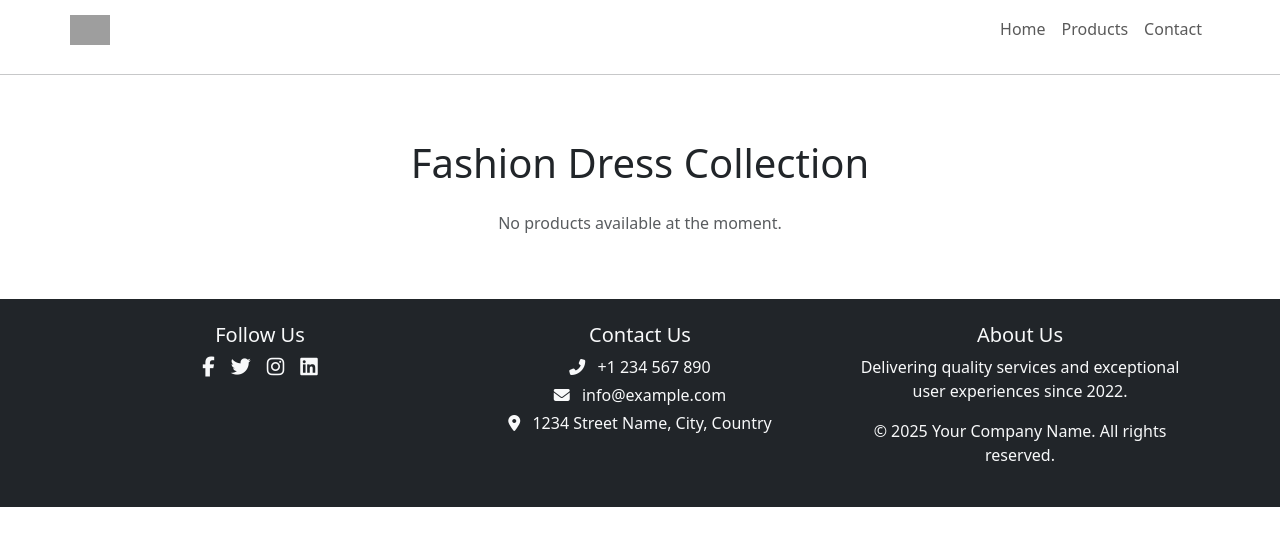
Repository: SHANANP-0931/product-cart
Page: /products
These files come from the project's save history. The page is drawn as it stood at one moment and after the next save; the edit follows.
The browser window is 1280 px wide. The pictures show the whole page.
Pictures or frames that could not be fetched are drawn as grey boxes. The page's requests for data from a server got no answer. The project was rebuilt for these pictures with package versions that can differ from the ones it lists, and the page was loaded fresh each time. No one was signed in, and anything a server would have sent is missing. Also part of the build but not shown: vite.config.js, src/index.css, src/components/Hero.jsx, src/components/Testimonial.jsx, src/components/Home.jsx.

Above is the page before, as saved 2025-01-21 19:44:52.

### index.html
<!doctype html>
<html lang="en">
  <head>
    <meta charset="UTF-8" />
    <link rel="icon" type="image/svg+xml" href="/vite.svg" />
    <meta name="viewport" content="width=device-width, initial-scale=1.0" />
    <title>Product Cart</title>
    <!-- bootstrap -->
    <link href="https://cdn.jsdelivr.net/npm/bootstrap@5.3.3/dist/css/bootstrap.min.css" rel="stylesheet" integrity="sha384-QWTKZyjpPEjISv5WaRU9OFeRpok6YctnYmDr5pNlyT2bRjXh0JMhjY6hW+ALEwIH" crossorigin="anonymous">
    <!-- /font awsome -->
    <link rel="stylesheet" href="https://cdnjs.cloudflare.com/ajax/libs/font-awesome/6.7.2/css/all.min.css" integrity="sha512-Evv84Mr4kqVGRNSgIGL/F/aIDqQb7xQ2vcrdIwxfjThSH8CSR7PBEakCr51Ck+w+/U6swU2Im1vVX0SVk9ABhg==" crossorigin="anonymous" referrerpolicy="no-referrer" />
  </head>

  <body>
    <div id="root"></div>
    <script type="module" src="/src/main.jsx"></script>
  </body>
</html>

### src/App.jsx


import { BrowserRouter as Router, Routes, Route } from 'react-router-dom';
import Home from './components/Home';
import Products from './components/Products';
import Footer from './components/Footer';
import Header from './components/Header';
import './App.css'
function App() {
  return (

    <Router>
      <Header />
      <Routes>
        <Route path="/" element={<Home />} />
        <Route path="/products" element={<Products />} />
      </Routes>
      <Footer />
    </Router>
  );

}

export default App

### src/components/Products.jsx
import React, { useEffect, useState } from 'react';
import axios from 'axios';
import 'bootstrap/dist/css/bootstrap.min.css';

const ProductDetails = () => {
    const [products, setProducts] = useState([]);

    // Fetch products from Dummy JSON
    useEffect(() => {
        axios
            .get('https://dummyjson.com/products')
            .then((response) => {
                const allProducts = response.data.products.slice(0, 9); // Get the first 9 products
                const repeatedProducts = [...allProducts, ...allProducts]; // Repeat the first 9 products twice
                setProducts(repeatedProducts);
            })
            .catch((error) => console.error('Error fetching products:', error));
    }, []);

    return (
        <div className="container py-5">
            <h1 className="text-center mb-4">Fashion Dress Collection</h1>

            {/* Product List */}
            <div className="row">
                {products.length > 0 ? (
                    products.map((product, index) => (
                        <div className="col-md-4 mb-4" key={index}>
                            <div className="card h-100 shadow-sm">
                                <img
                                    src={product.thumbnail}
                                    alt={product.title}
                                    className="card-img-top"
                                    style={{ height: '250px', objectFit: 'cover' }}
                                />
                                <div className="card-body">
                                    <h5 className="card-title">{product.title}</h5>
                                    <p className="card-text text-muted">{product.description}</p>
                                    <ul className="list-unstyled">
                                        <li>
                                            <i className="bi bi-check-circle-fill text-success me-2"></i>
                                            Rating: {product.rating}
                                        </li>
                                        <li>
                                            <i className="bi bi-check-circle-fill text-success me-2"></i>
                                            Stock: {product.stock}
                                        </li>
                                    </ul>
                                    <div className="d-flex justify-content-between align-items-center">
                                        <span className="fw-bold text-danger">${product.price}</span>
                                        <button className="btn btn-primary btn-sm">Buy Now</button>
                                    </div>
                                </div>
                            </div>
                        </div>
                    ))
                ) : (
                    <div className="text-center">
                        <p className="text-muted">No products available at the moment.</p>
                    </div>
                )}
            </div>
        </div>
    );
};

export default ProductDetails;

### src/components/Footer.jsx
import React from 'react';
import 'bootstrap/dist/css/bootstrap.min.css';

const Footer = () => {
    return (
        <footer className="bg-dark text-light py-4">
            <div className="container">
                <div className="row">
                    {/* Social Media Section */}
                    <div className="col-md-4 text-center mb-3">
                        <h5>Follow Us</h5>
                        <div className="d-flex justify-content-center">
                            <a
                                href=""
                                className="text-light me-3"
                                aria-label="Facebook"
                            >
                                <i className="fab fa-facebook-f fa-lg"></i>
                            </a>
                            <a
                                href=""
                                className="text-light me-3"
                                aria-label="Twitter"
                            >
                                <i className="fab fa-twitter fa-lg"></i>
                            </a>
                            <a
                                href=""
                                className="text-light me-3"
                                aria-label="Instagram"
                            >
                                <i className="fab fa-instagram fa-lg"></i>
                            </a>
                            <a
                                href=""
                                className="text-light"
                                aria-label="LinkedIn"
                            >
                                <i className="fab fa-linkedin fa-lg"></i>
                            </a>
                        </div>
                    </div>

                    {/* Contact Information */}
                    <div className="col-md-4 text-center mb-3">
                        <h5>Contact Us</h5>
                        <p className="mb-1">
                            <i className="fas fa-phone-alt me-2"></i> +1 234 567 890
                        </p>
                        <p className="mb-1">
                            <i className="fas fa-envelope me-2"></i> info@example.com
                        </p>
                        <p>
                            <i className="fas fa-map-marker-alt me-2"></i> 1234 Street Name, City,
                            Country
                        </p>
                    </div>

                    {/* Copyright Notice */}
                    <div className="col-md-4 text-center">
                        <h5>About Us</h5>
                        <p>
                            Delivering quality services and exceptional user experiences since
                            2022.
                        </p>
                        <p className="mt-3">
                            © {new Date().getFullYear()} Your Company Name. All rights reserved.
                        </p>
                    </div>
                </div>
            </div>
        </footer>
    );
};

export default Footer;

### src/components/Header.jsx
import React from "react";
import "bootstrap/dist/css/bootstrap.min.css";

const Header = () => {
    return (
        <div>

            <header className="">
                <nav className="navbar navbar-expand-lg navbar-light container">
                    <a href="#" className="navbar-brand text-primary fw-bold">
                        <img width={"40px"} src="https://webstockreview.net/images/fashion-clipart-fashion-photography-5.png" alt="" />
                    </a>
                    <button
                        className="navbar-toggler"
                        type="button"
                        data-bs-toggle="collapse"
                        data-bs-target="#navbarNav"
                        aria-controls="navbarNav"
                        aria-expanded="false"
                        aria-label="Toggle navigation"
                    >
                        <span className="navbar-toggler-icon"></span>
                    </button>
                    <div className="collapse navbar-collapse" id="navbarNav">
                        <ul className="navbar-nav ms-auto">
                            <li className="nav-item">
                                <a className="nav-link" href="/">Home</a>
                            </li>
                            <li className="nav-item">
                                <a className="nav-link" href="/products">Products</a>
                            </li>
                            <li className="nav-item">
                                <a className="nav-link" href="">Contact</a>
                            </li>
                        </ul>

                    </div>
                </nav>
                <hr />
            </header>
        </div>
    );
}
export default Header;

### src/App.css
html, body {
    overflow-x: hidden;
    margin: 0;  /* Remove default margin */
    padding: 0; /* Remove default padding */
  }

Loaded but not shown: src/main.jsx (common file)

After the next save:
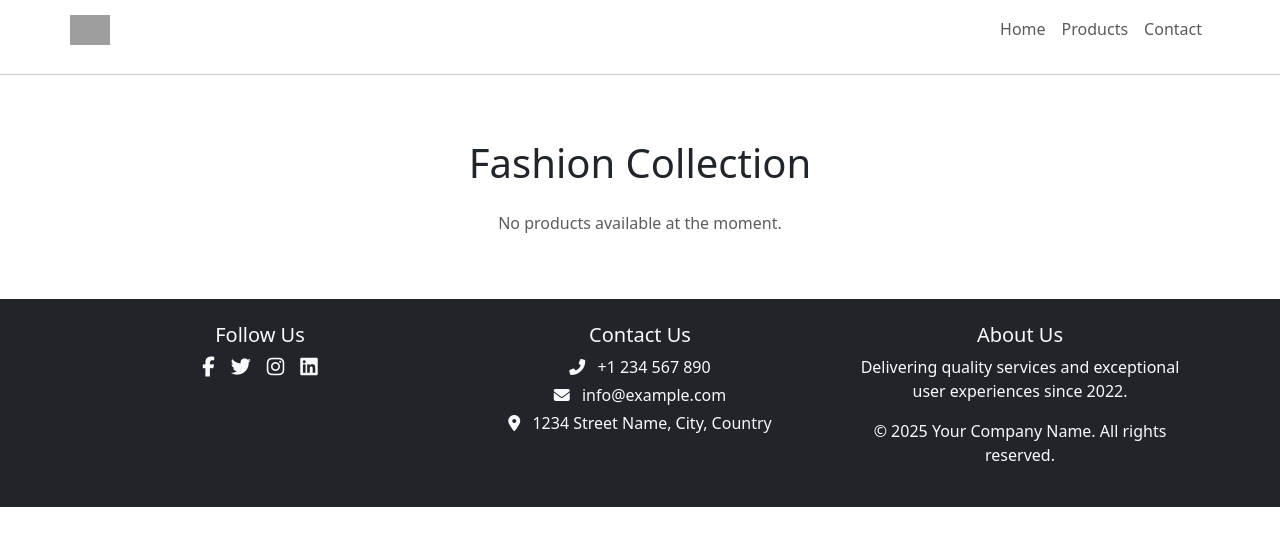
Saved 35 s later.
--- a/src/components/Products.jsx
+++ b/src/components/Products.jsx
@@ -19,7 +19,7 @@ const ProductDetails = () => {
 
     return (
         <div className="container py-5">
-            <h1 className="text-center mb-4">Fashion Dress Collection</h1>
+            <h1 className="text-center mb-4">Fashion Collection</h1>
 
             {/* Product List */}
             <div className="row">
